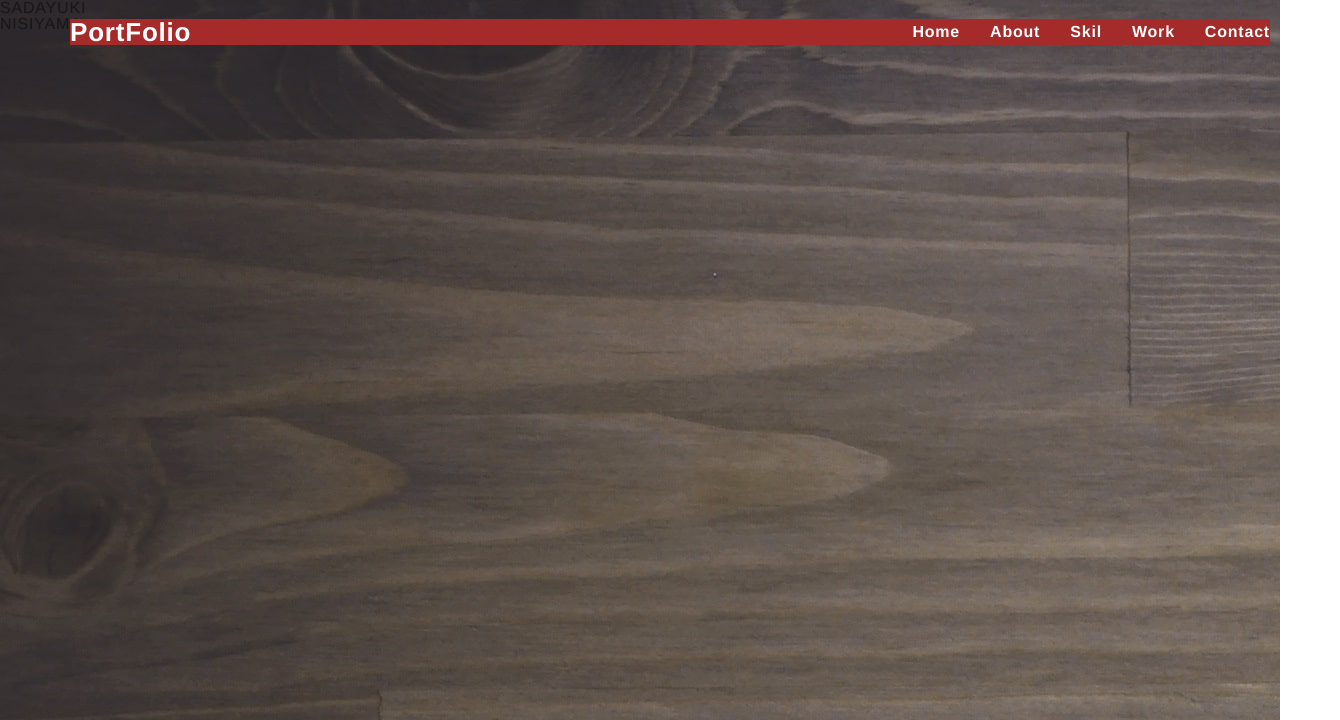
Repository: sadayuki15/portfolio
Page: index.html
The author's editor kept a copy of each file at every save. The page is drawn from the files as they stood at one save, then again after the next save.
The browser window is 1280 px wide. The page is 1340 px wide, so the pictures cover 1340 px, including what lies to the right of the window. The pictures show the whole page.

Above is the page before, as saved 2021-04-21 12:08:42.

### index.html
<!DOCTYPE html>
<html lang="ja">
<head>
  <meta charset="UTF-8">
  <meta http-equiv="X-UA-Compatible" content="IE=edge">
  <meta name="viewport" content="width=device-width, initial-scale=1.0">
  <link rel="stylesheet" href="./css/reset.css">
  <link rel="stylesheet" href="./css/style.css">
  <title>Document</title>
</head>
<body>
  <!-- header -->
  <header class="header">
    <div class="header-inner">
      <h1 class="header-title">PortFolio</h1>
      <nav class="header-nav">
        <ul class="nav-list">
          <li class="nav-item"><a href="#">Home</a></li>
          <li class="nav-item"><a href="#">About</a></li>
          <li class="nav-item"><a href="#">Skil</a></li>
          <li class="nav-item"><a href="#">Work</a></li>
          <li class="nav-item"><a href="#">Contact</a></li>
        </ul>
      </nav>
    </div>
  </header>
  <!-- //header -->

  <main>
  <!-- fv -->
  <div class="fv">
    <div class="main-copy">
      <p class="main-title">
        SADAYUKI<br>
        NISIYAMA
      </p>
    </div>
  </div>







  </main>

</body>
</html>

### css/style.css
html {
  font-size: 62.5%;
}
body {
  font-size: 1.6rem;
  letter-spacing: .05em;
  color: #171717;
  font-family: Helvetica, '游ゴシック', 'Yu Gothic', YuGothic, HiraKakuProN-W3, 'メイリオ', Meiryo, sans-serif;
}

/*-------header-------*/
.header {
  width: 100%;
  padding: 19px 30px;
  position: absolute;
  top: 0;
  left: 0;
  z-index: 1;
  transition: .3s;
  color: #fff;
}
.header-inner {
  max-width: 1200px;
  margin: 0 auto;
  display: flex;
  justify-content: space-between;
  align-items: center;
  background-color: brown;
}
.header-title {
  font-size: 2.6rem;
}
.nav-list {
  display: flex;
}
.nav-item a {
  display: block;
  color: #fff;
  font-weight: bold;
  text-decoration: none;
  transition: .3s;
}
.nav-item {
  margin-right: 30px;
}
.nav-item:last-of-type {
  margin-right: 0;
}
.nav-item a:hover {
  opacity: .7;
  transition: .3s;
}

/*-------fv-------*/
.fv {
  height: 100vh;
  background-image: url(../img/fv-top.jpg);


}

Loaded but not shown: css/reset.css (common file)

After the next save:
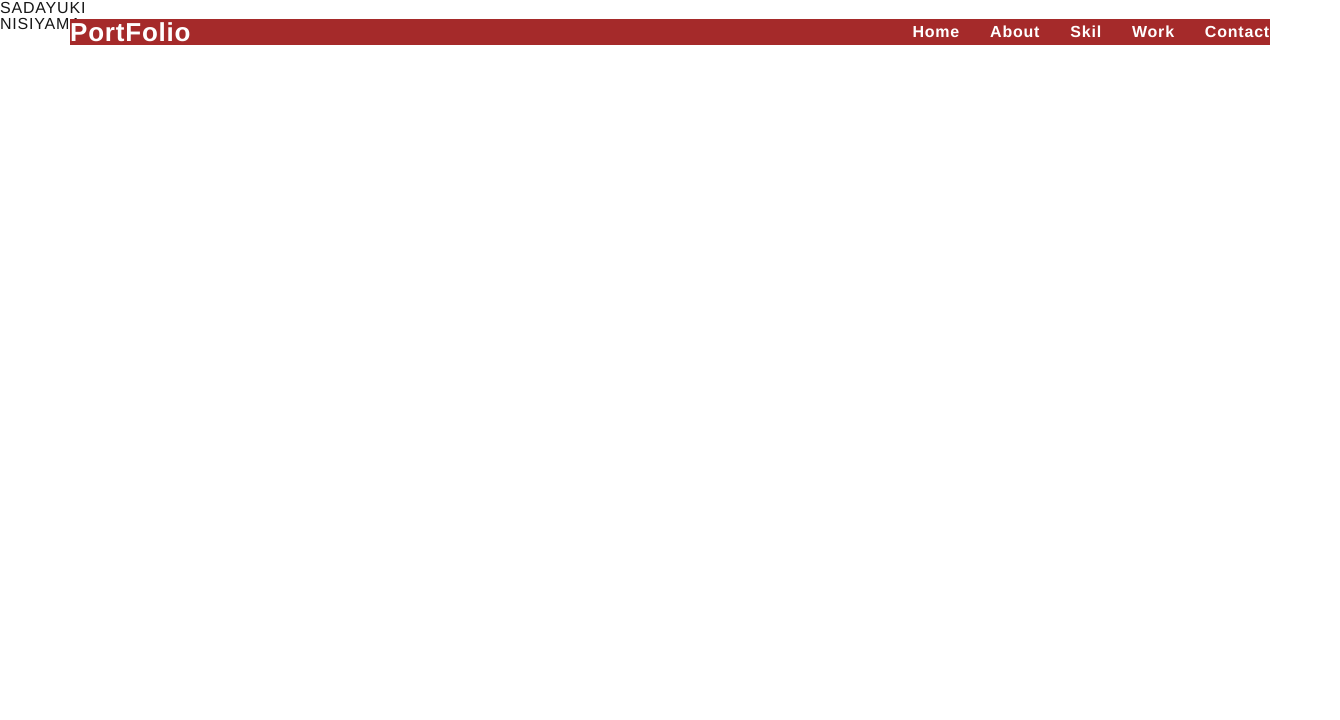
Saved 42 s later.
--- a/css/style.css
+++ b/css/style.css
@@ -54,6 +54,7 @@
 /*-------fv-------*/
 .fv {
   height: 100vh;
+  mi
   background-image: url(../img/fv-top.jpg);
 
 

After the 3 saves that followed:
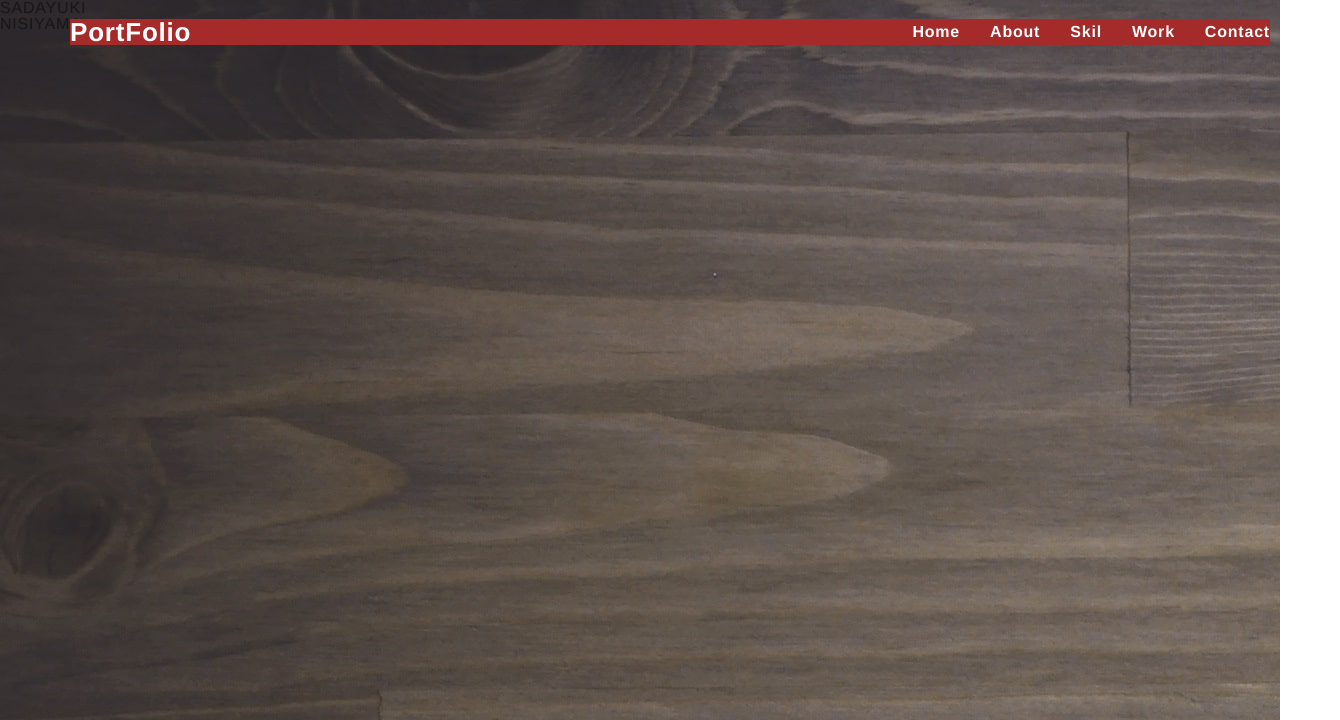
The 3 saves are shown as one change because they came seconds apart.
The last was saved 10 s later.
--- a/css/style.css
+++ b/css/style.css
@@ -54,7 +54,7 @@
 /*-------fv-------*/
 .fv {
   height: 100vh;
-  mi
+  min-height: 55;
   background-image: url(../img/fv-top.jpg);
 
 
